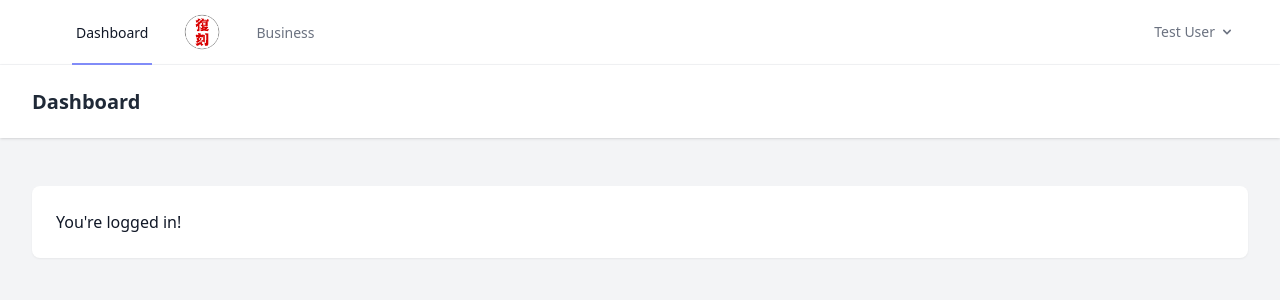
Repository: kyoko-shiraishi/Reproduce
Page: http://localhost/dashboard
The author's editor kept a copy of each file at every save. The page is drawn from the files as they stood at one save, then again after the next save.
The browser window is 1280 px wide. The pictures show the whole page.
Some web libraries are served in a nearby version. The page is served by the project's Laravel application, run on PHP 8.4 with Laravel 12. A made-up administrator, Test User (test@example.com), is signed in. Other server files are loaded and not shown. Style sheets and scripts are compiled from the project's sources, by tool versions that may differ from the author's. Queries for data that is not in the repository find no rows.

Above is the page before, as saved 2024-10-24 20:08:35.

### app/Providers/AppServiceProvider.php
<?php
namespace App\Providers;

use Illuminate\Support\ServiceProvider;
use Illuminate\Support\Facades\View;
use App\Models\Category; // Categoryモデルをインポート

class AppServiceProvider extends ServiceProvider
{
    public function boot()
    {
        // \URL::forceScheme('https');
        // すべてのビューにカテゴリを渡す
        View::composer('*', function ($view) {
            $categories = Category::all();
            $view->with('categories', $categories);
        });
    }

    public function register()
    {
        //
    }
}

### routes/web.php
<?php

use App\Http\Controllers\ProfileController;
use Illuminate\Support\Facades\Route;
use App\Http\Controllers\PleaseController;
use App\Http\Controllers\Auth\AuthenticatedSessionController;
use App\Http\Controllers\SearchController;
use App\Http\Controllers\PostController;
use App\Http\Controllers\NewController;
use App\Http\Controllers\LikeController;

// ララベルトップルート
Route::get('/', function () {
    return view('welcome');
});



// ログインページのルート
Route::get('/login', [AuthenticatedSessionController::class, 'create'])->name('login');

// ログイン処理のルート
Route::post('/login', [AuthenticatedSessionController::class, 'store']);

// 登録ページのルート
Route::get('/register', [RegisteredUserController::class, 'create'])->name('register');

// 登録処理のルート
Route::post('/register', [RegisteredUserController::class, 'store']);

// ダッシュボードのルート
Route::get('/dashboard', function () {
    return view('dashboard');
})->middleware(['auth', 'verified'])->name('dashboard');




// 認証が必要なルート
Route::middleware('auth')->group(function () {
// ホームページのルート
Route::get('/home',[PleaseController::class,'home'])->name('home');

Route::get('/business',[PleaseController::class,'business'])->name('business');
Route::get('/infomation',[PleaseController::class,'infomation'])->name('infomation');
Route::get('/logo',[PleaseController::class,'logo'])->name('logo');

Route::get('/search',[SearchController::class,'search'])->name('search.results');
Route::get('/post/{id}',[PostController::class,'post'])->name('post');
Route::get('/new_thread_create',[PleaseController::class,'new_thread_create'])->name('new_thread_create');

Route::post('/thread_store',[NewController::class,'category'])->name('category');

Route::post('/thread_store',[NewController::class,'thread_store'])->name('thread_store');
Route::get('/new_post_create/{id}', [NewController::class, 'new_post_create'])->name('new_post_create');

Route::post('/post_store/{threadId}', [NewController::class, 'post_store'])->name('post_store');
Route::get('/delete',[PleaseController::class,'delete_show'])->name('delete_show');
Route::post('/delete_selected',[PleaseController::class,'delete_selected'])->name('delete_selected');

Route::post('/thread/like', [LikeController::class, 'likeThread']);
Route::post('/post/like',[LikeController::class, 'LikePost']);


    Route::get('/profile', [ProfileController::class, 'edit'])->name('profile.edit');
    Route::patch('/profile', [ProfileController::class, 'update'])->name('profile.update');
    Route::delete('/profile', [ProfileController::class, 'destroy'])->name('profile.destroy');
});

require __DIR__.'/auth.php';

### app/Models/User.php
<?php

namespace App\Models;

// use Illuminate\Contracts\Auth\MustVerifyEmail;
use Illuminate\Database\Eloquent\Factories\HasFactory;
use Illuminate\Foundation\Auth\User as Authenticatable;
use Illuminate\Notifications\Notifiable;

class User extends Authenticatable
{
    use HasFactory, Notifiable;

    /**
     * The attributes that are mass assignable.
     *
     * @var array<int, string>
     */
    protected $fillable = [
        'name',
        'email',
        'password',
        'prefecture',
        'age',
        'gender',
    ];

    /**
     * The attributes that should be hidden for serialization.
     *
     * @var array<int, string>
     */
    protected $hidden = [
        'password',
        'remember_token',
    ];

    /**
     * Get the attributes that should be cast.
     *
     * @return array<string, string>
     */
    protected function casts(): array
    {
        return [
            'email_verified_at' => 'datetime',
            'password' => 'hashed',
        ];
    }
    public function prefecture(){
return $this->belongsTo(prefecture::class,'prefectures_id');
    }
    public function threads(){
        return $this->hasMany(Thread::class);
    }
    public function posts(){
        return $this->hasMany(Post::class);
    }
    public function thread_likes(){
        return $this->hasMany(ThreadLike::class);
    }
    public function post_likes(){
        return $this->hasMany(PostLike::class);
    }
}

### app/Models/Category.php
<?php

namespace App\Models;

use Illuminate\Database\Eloquent\Factories\HasFactory;
use Illuminate\Database\Eloquent\Model;

class Category extends Model
{
    use HasFactory;

    // 保存するデータ
    protected $fillable = ['name'];


    /**
     * 製品とのリレーション
     */
    public function products()
    {
        return $this->hasMany(Product::class, 'category_id');
        // 'category_id' は、Product テーブル内の外部キーのカラム名です。このカラムは、どの Category に属しているかを示します
    }
}

### resources/views/dashboard.blade.php
<x-app-layout>
@vite(['resources/css/app.css', 'resources/js/app.js'])
    <x-slot name="header">
        <h2 class="font-semibold text-xl text-gray-800 leading-tight">
            {{ __('Dashboard') }}
        </h2>
    </x-slot>

    <div class="py-12">
        <div class="max-w-7xl mx-auto sm:px-6 lg:px-8">
            <div class="bg-white overflow-hidden shadow-sm sm:rounded-lg">
                <div class="p-6 text-gray-900">
                    {{ __("You're logged in!") }}
                </div>
            </div>
        </div>
    </div>
</x-app-layout>

### resources/views/layouts/app.blade.php
<!DOCTYPE html>
<html lang="{{ str_replace('_', '-', app()->getLocale()) }}">
    <head>
        <meta charset="utf-8">
        <meta name="viewport" content="width=device-width, initial-scale=1">
        <meta name="csrf-token" content="{{ csrf_token() }}">
        @vite(['resources/css/app.css', 'resources/js/app.js'])


        <title>{{ config('app.name', 'Laravel') }}</title>

        <!-- Fonts -->

        <!-- Scripts -->
        <script src="https://kit.fontawesome.com/e7550042f0.js" crossorigin="anonymous"></script>

        <style>
        .threadList{
        text-align:center;
        }
        .each {

            width: 100%; /* 幅を100%に設定 */
            margin: 0; /* 左右のマージンを0に設定 */
            padding: 0; /* パディングを0に設定 */
        }

        .each {
            display:flex;
            flex-wrap:wrap;/* 折り返し */
            list-style-type: none; /* リストスタイルを消去 */
            width:100%;
            margin:0px;
        }

        a{
            width:100%;
        }


       .like-btn{
        z-index:10;

       }


        .each li {
            /* border: 1px solid #ccc; 各スレッドにボーダーを追加 */
            padding: 0px; /* 内側のパディングを設定 */
            margin-bottom: 10px; /* 各リスト項目の下にマージンを追加 */
            width: 1250x;
            margin:0 auto 50px;
        }
        @media screen and (min-width:380px){
            .border-4.border-blue-400.rounded-lg.p-4.shadow-md.flex.items-start{
                width:46%;
                margin:20px 2%;
            }
        }
        @media screen and (max-width:379.9px){
            .border-4.border-blue-400.rounded-lg.p-4.shadow-md.flex.items-start{
               margin:10px 0;
            }
        }
        .liked{
            color:orangered;
            transition:.2s;
        }
        .flexbox{
            align-items: center;
            display: flex;
        }
        .count-num{
            font-size: 20px;
            margin-left: 10px;
        }
        .fa-heart{
            font-size: 30px;
        }
        .responsive-img {
            /* max-width: 100%; 画像の最大幅を親要素に合わせる */
            /* width: 500px; 画像の幅を固定 */
            /* height: 200px; 画像の高さを固定 */
            /* object-fit: cover; 縦横比を維持しつつ、指定したサイズに収まるように調整 */
            /* border-radius: 8px; 角を少し丸くしたい場合 */
            width:100%;

        }
        .content{
            margin-bottom:50px;
        }
        .yoko{
            display:flex;
            justify-content:space-evenly;
        }
        .yoko p {
            margin-right: 10px; /* 右側の間隔を設定 */
        }
        .yoko h3{
            margin-right: 10px;
        }
        .top-thread-1 {

            background: linear-gradient(45deg, #c0b283 0%, #c0b283 45%, #FEE9A0 70%, #c0b283 85%, #c0b283 90% 100%);
  background-size: 800% 400%;
  animation: gradient 5s infinite cubic-bezier(.62, .28, .23, .99) both;
        }
        @keyframes gradient {
  0% {
    background-position: 0% 50%;
  }

  50% {
    background-position: 100% 50%;
  }

  100% {
    background-position: 0% 50%;
  }
}
        .top-thread-2 {
            background: linear-gradient(45deg, #757575 0%, #9E9E9E 45%, #E8E8E8 70%, #9E9E9E 85%, #757575 90% 100%);
  background-size: 800% 400%;
  animation: gradient 5s infinite cubic-bezier(.62, .28, .23, .99) both;
        }
        @keyframes gradient {
  0% {
    background-position: 0% 50%;
  }

  50% {
    background-position: 100% 50%;
  }

  100% {
    background-position: 0% 50%;
  }
}

        .top-thread-3 {
            background: linear-gradient(45deg, #a57e65 0%, #a57e65 45%, #f3cfb8 70%, #a57e65 85%, #a57e65 90% 100%);
  background-size: 800% 400%;
  animation: gradient 5s infinite cubic-bezier(.62, .28, .23, .99) both;
        }
        @keyframes gradient {
  0% {
    background-position: 0% 50%;
  }

  50% {
    background-position: 100% 50%;
  }

  100% {
    background-position: 0% 50%;
  }
}

        .comment_list{
            margin:20px;
        }
        .font-bold{
            margin-bottom:20px;
        }
        .button{
            margin:20px;
        }

    </style>

    </head>
    <body class="font-sans antialiased">
        <div class="min-h-screen bg-gray-100">
            @include('layouts.navigation')

            <!-- Page Heading -->
            @isset($header)
                <header class="bg-white shadow">
                    <div class="max-w-7xl mx-auto py-6 px-4 sm:px-6 lg:px-8">
                        {{ $header }}
                    </div>
                </header>
            @endisset

            <!-- Page Content -->
            <main>
                {{ $slot }}
            </main>
        </div>
    </body>
</html>

### resources/views/layouts/navigation.blade.php
<nav x-data="{ open: false }" class="bg-white border-b border-gray-100">
    <!-- Primary Navigation Menu -->
    <div class="max-w-7xl mx-auto px-4 sm:px-6 lg:px-8">
        <div class="flex justify-between h-16">
        <div class="flex">
                <!-- Navigation Links -->
                <div class="hidden space-x-8 sm:-my-px sm:ms-10 sm:flex">
                    <x-nav-link :href="route('dashboard')" :active="request()->routeIs('dashboard')">
                        {{ __('Dashboard') }}
                    </x-nav-link>
                     <!-- Logo -->
                <div class="shrink-0 flex items-center">
                    <a href="{{ route('home') }}">
                        <img src="{{ asset('images/logo2.png') }}" class="block h-9 w-auto" alt="Logo">
                    </a>
                </div>
                    <x-nav-link :href="route('business')" :active="request()->routeIs('index')">
                        {{ __('Business') }}
                    </x-nav-link>
                </div>


            </div>


            <!-- Settings Dropdown -->
            <div class="hidden sm:flex sm:items-center sm:ms-6">
                <x-dropdown align="right" width="48">
                    <x-slot name="trigger">
                        <button class="inline-flex items-center px-3 py-2 border border-transparent text-sm leading-4 font-medium rounded-md text-gray-500 bg-white hover:text-gray-700 focus:outline-none transition ease-in-out duration-150">
                        @auth
                            <div>{{ Auth::user()->name }}</div>
                        @endauth

                            <div class="ms-1">
                                <svg class="fill-current h-4 w-4" xmlns="http://www.w3.org/2000/svg" viewBox="0 0 20 20">
                                    <path fill-rule="evenodd" d="M5.293 7.293a1 1 0 011.414 0L10 10.586l3.293-3.293a1 1 0 111.414 1.414l-4 4a1 1 0 01-1.414 0l-4-4a1 1 0 010-1.414z" clip-rule="evenodd" />
                                </svg>
                            </div>
                        </button>
                    </x-slot>

                    <x-slot name="content">
                        <x-dropdown-link :href="route('profile.edit')">
                            {{ __('Profile') }}
                        </x-dropdown-link>

                        <x-dropdown-link :href="route('delete_show')">
                            {{ __('delete') }}
                        </x-dropdown-link>

                        <!-- Authentication -->
                        <form method="POST" action="{{ route('logout') }}">
                            @csrf

                            <x-dropdown-link :href="route('logout')"
                                    onclick="event.preventDefault();
                                                this.closest('form').submit();">
                                {{ __('Log Out') }}
                            </x-dropdown-link>
                        </form>
                    </x-slot>
                </x-dropdown>
            </div>

            <!-- Hamburger -->
            <div class="-me-2 flex items-center sm:hidden">
                <button @click="open = ! open" class="inline-flex items-center justify-center p-2 rounded-md text-gray-400 hover:text-gray-500 hover:bg-gray-100 focus:outline-none focus:bg-gray-100 focus:text-gray-500 transition duration-150 ease-in-out">
                    <svg class="h-6 w-6" stroke="currentColor" fill="none" viewBox="0 0 24 24">
                        <path :class="{'hidden': open, 'inline-flex': ! open }" class="inline-flex" stroke-linecap="round" stroke-linejoin="round" stroke-width="2" d="M4 6h16M4 12h16M4 18h16" />
                        <path :class="{'hidden': ! open, 'inline-flex': open }" class="hidden" stroke-linecap="round" stroke-linejoin="round" stroke-width="2" d="M6 18L18 6M6 6l12 12" />
                    </svg>
                </button>
            </div>
        </div>
    </div>

    <!-- Responsive Navigation Menu -->
    <div :class="{'block': open, 'hidden': ! open}" class="hidden sm:hidden">
        <div class="pt-2 pb-3 space-y-1">
            <x-responsive-nav-link :href="route('dashboard')" :active="request()->routeIs('dashboard')">
                {{ __('Dashboard') }}
            </x-responsive-nav-link>
        </div>

        <!-- Responsive Settings Options -->
        <div class="pt-4 pb-1 border-t border-gray-200">
            <div class="px-4">
                <div class="font-medium text-base text-gray-800">{{ Auth::user()->name }}</div>
                <div class="font-medium text-sm text-gray-500">{{ Auth::user()->email }}</div>
            </div>

            <div class="mt-3 space-y-1">
                <x-responsive-nav-link :href="route('profile.edit')">
                    {{ __('Profile') }}
                </x-responsive-nav-link>

                <!-- Authentication -->
                <form method="POST" action="{{ route('logout') }}">
                    @csrf

                    <x-responsive-nav-link :href="route('logout')"
                            onclick="event.preventDefault();
                                        this.closest('form').submit();">
                        {{ __('Log Out') }}
                    </x-responsive-nav-link>
                </form>
            </div>
        </div>
    </div>
</nav>

Loaded but not shown: routes/auth.php (common file); app/Http/Controllers/Auth/EmailVerificationPromptController.php (common file); app/Http/Controllers/Controller.php (common file); app/Http/Controllers/Auth/VerifyEmailController.php (common file); app/View/Components/AppLayout.php (common file); resources/views/components/nav-link.blade.php (common file); resources/views/components/dropdown-link.blade.php (common file); resources/views/components/dropdown.blade.php (common file); resources/views/components/responsive-nav-link.blade.php (common file); resources/css/app.css (common file); tailwind.config.js (common file)

After the next save:
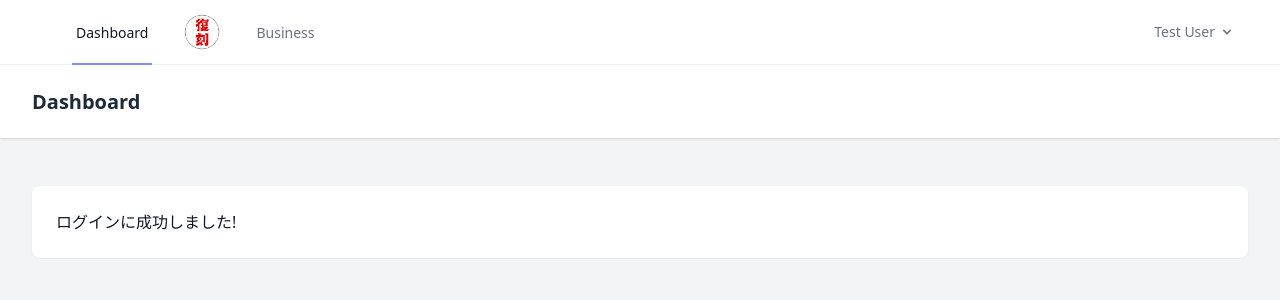
Saved 93 s later.
--- a/resources/views/dashboard.blade.php
+++ b/resources/views/dashboard.blade.php
@@ -10,7 +10,7 @@
         <div class="max-w-7xl mx-auto sm:px-6 lg:px-8">
             <div class="bg-white overflow-hidden shadow-sm sm:rounded-lg">
                 <div class="p-6 text-gray-900">
-                    {{ __("You're logged in!") }}
+                    {{ __("ログインに成功しました!") }}
                 </div>
             </div>
         </div>
